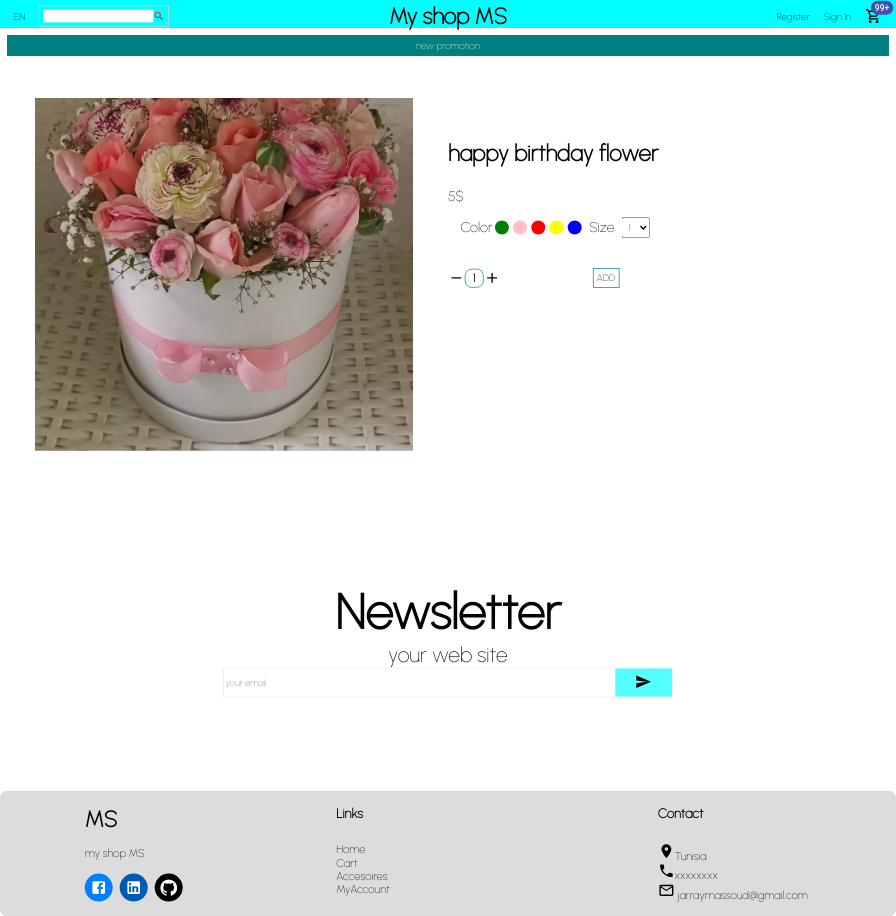
Repository: jarraymassaoud/react-web
Page: /
The author's editor kept a copy of each file at every save. The page is drawn from the files as they stood at one save, then again after the next save.
The browser window is 1280 px wide. The pictures show the part of the page from y = 0 to 1920 px (the page is 1309 px tall before and 2807 px after), at 70% of full size.
The project was rebuilt for these pictures with package versions that can differ from the ones it lists, and the page was loaded fresh each time. Also part of the build but not shown: src/pages/Cart.jsx, src/pages/Login.jsx, src/pages/Register.jsx.

Above is the page before, as saved 2022-06-01 23:13:07.

After the next save:
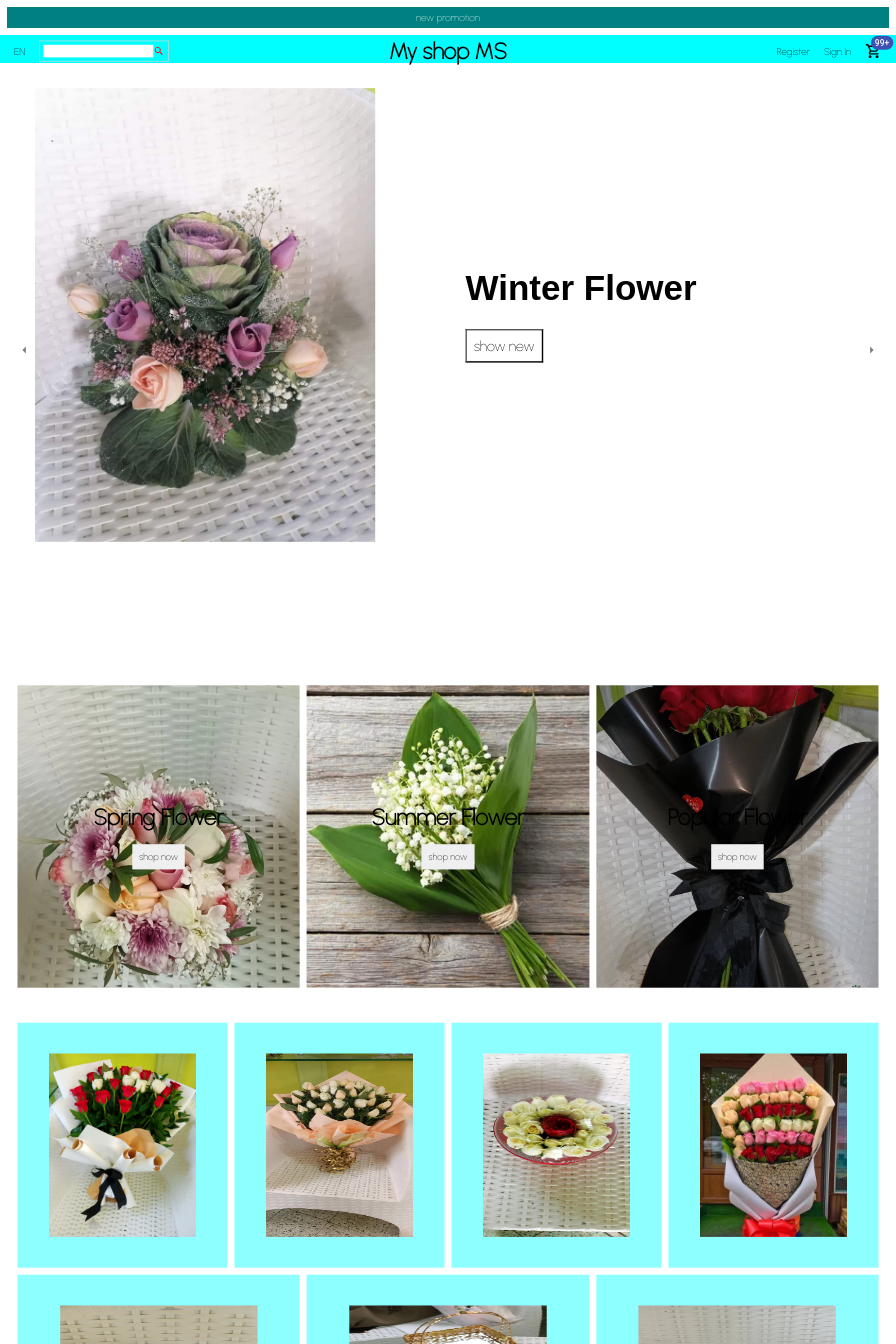
Saved 33 s later.
--- a/src/App.jsx
+++ b/src/App.jsx
@@ -6,7 +6,7 @@ import Bunch from "./pages/Bunch";
 import Register from "./pages/Register";
 
 const App = () => {
-  return <Bunch />;
+  return <Home />;
 };
 
 export default App;
